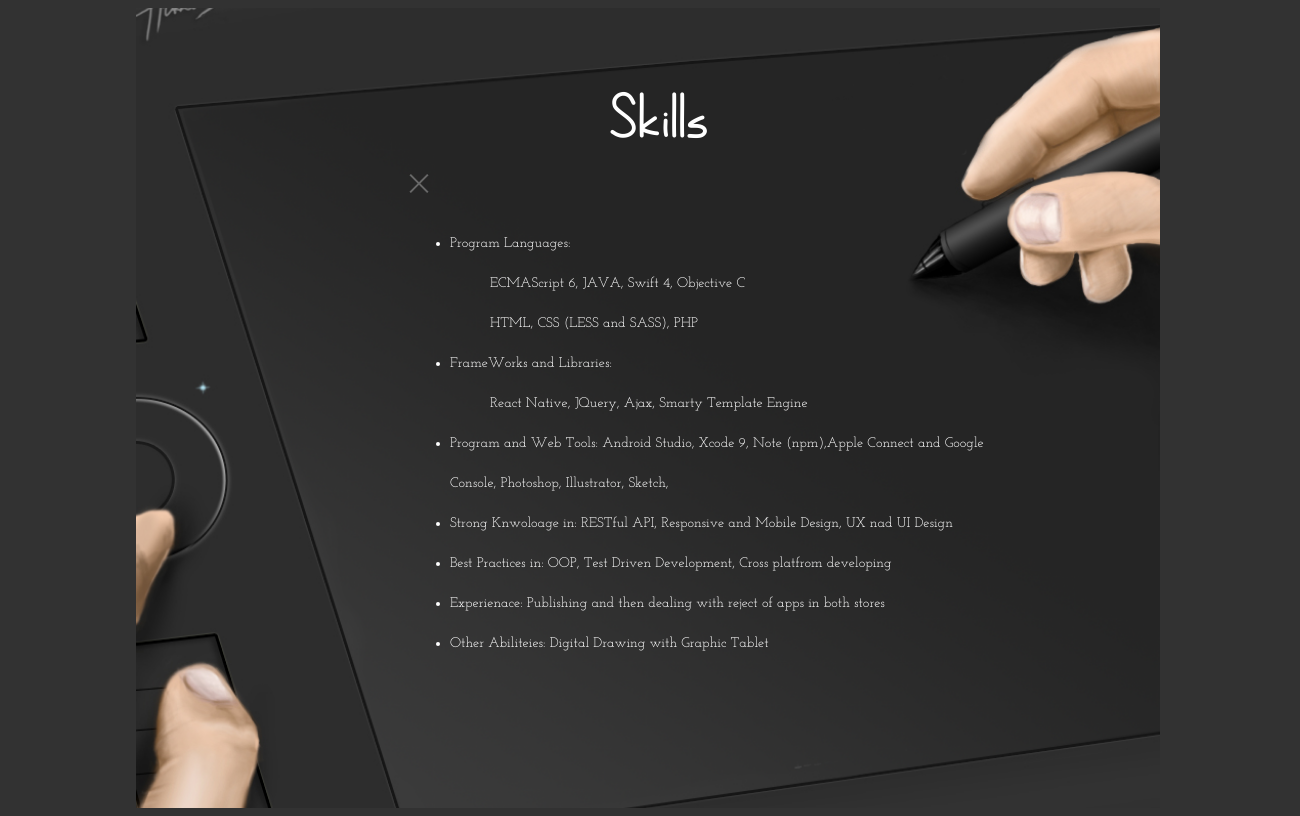
Repository: nikichanko/cv
Page: index.html
The author's editor kept a copy of each file at every save. The page is drawn from the files as they stood at one save, then again after the next save.
The browser window is 1280 px wide. The page is 1300 px wide, so the pictures cover 1300 px, including what lies to the right of the window. The pictures show the whole page.
After loading, the first visible `div.item` was clicked once.

Above is the page before, as saved 2018-08-08 23:22:54.

### index.html
<!DOCTYPE html>
<html>
  <head>
    <link rel="stylesheet" type="text/css" href="css/styles.css">
    <script src="https://ajax.googleapis.com/ajax/libs/jquery/3.3.1/jquery.min.js"></script>
    <title>Nikolay Nikolov - CV</title>
  </head>
  <body>
    <div class="wrapper">
      <div class="menu">
        <div class="item">
          Skills
        </div>
        <div class="content skills">
          <i class="close"></i>
          <ul>
            <li>Program Languages:</li>
            <ol>ECMAScript 6, JAVA, Swift 4, Objective C</ol>
            <ol>HTML, CSS (LESS and SASS), PHP</ol>

          <li>FrameWorks and Libraries:</li>
          <ol>React Native, JQuery, Ajax, Smarty Template Engine</ol>
          <li>Program and Web Tools: Android Studio, Xcode 9, Note (npm),Apple Connect and Google Console, Photoshop, Illustrator, Sketch,
          <li>Strong Knwoloage in: RESTful API, Responsive and Mobile Design, UX nad UI Design
          <li>Best Practices in: OOP, Test Driven Development, Cross platfrom developing
          <li>Experienace: Publishing and then dealing with reject of apps in both stores
          <li>Other Abiliteies: Digital Drawing with Graphic Tablet
          </ul>
        </div>
        <div class="item">
          Education
        </div>
        <div class="item">
          Empoyment
        </div>
        <div class="item">
          Goal Achieved
        </div>
        <div class="item">
          About me
        </div>
        <div class="item">
          Contact
        </div>
        <div class="content">
            <i class="close"></i>
            Fill free to leave me a message...
            <script type="text/javascript" src="https://form.jotformeu.com/jsform/82187298762370"></script>
        </div>
      </div>
    </div>
    <script src="js/common.js"></script>
  </body>
</html>

### css/styles.css
@font-face {
  font-family: 'Just Gotta Smile';
  src: url('./fonts/JustGottaSmile.woff2') format('woff2'),
      url('./fonts/JustGottaSmile.woff') format('woff'),
      url('./fonts/JustGottaSmile.ttf') format('truetype');
  font-weight: 500;
  font-style: normal;
}

@font-face {
  font-family: 'Josefin Slab';
  src: url('./fonts/JosefinSlab.woff2') format('woff2'),
      url('./fonts/JosefinSlab.woff') format('woff'),
      url('./fonts/JosefinSlab.ttf') format('truetype');
  font-weight: normal;
  font-style: normal;
}

body {
  background-color: #323232;
  width: 100%;
  font-family: 'Just Gotta Smile';
  color: #fff;
}

.menu {
  left: 20px;
  line-height: 70px;
  margin: 0 auto;
  position: absolute;
  text-align: center;
  width: 100%;
  height: 400px;
  font-size: 64px;
  top: 80px;
}

.item {
  cursor: pointer;
  position: relative;
  left: 50%;
  opacity: 1;
  transform: translateX(-50%) ;
  -ms-transform: translateX(-50%) ; /* IE 9 */
  -webkit-transform: translateX(-50%); /* Safari 3-8 */
  transition: opacity 0.5s ease-in-out;
}

.item.closed {
  opacity: 0;
  height: 0;
  visibility: hidden;
}

.content {
  font-family: 'Josefin Slab';
  padding-top: 10px;
  left: 50px;
  max-width: 600px;
  text-align: left;
  top: 50px;
  width: 60%;
  margin: 0 auto;
  line-height: 40px;
  height: 0;
  opacity: 0;
  font-size: 20px;
  transition: opacity 0.5s ease-in-out;
  position: relative;
  visibility: hidden;
}

.content.open {
  height: auto;
  opacity: 1;
  transition: opacity 0.5s ease-in-out;
  visibility: visible;
}

.content.skills {
  font-size: 14px;
}

.item:hover {
  color: #a4cbe6;
}

.wrapper {
  width: 80%;
  max-width: 1300px;
  height: 800px;
  margin: 0 auto;
  background-image: url(../img/cv_bg.png);
  background-repeat: no-repeat;
  background-position: right center;
  background-size: cover;
}

.close {
  position: absolute;
  top: -29px;
  left: -7px;
  width: 32px;
  height: 32px;
  opacity: 0.3;
}
.close:hover {
  opacity: 1;
}
.close:before, .close:after {
  position: absolute;
  left: 15px;
  content: ' ';
  height: 25px;
  width: 2px;
  background-color: #fff;
}
.close:before {
  transform: rotate(45deg);
}
.close:after {
  transform: rotate(-45deg);
}

### js/common.js
$(".item").on('click', function() {
  var _t = this;
  setTimeout(function(){
    $(_t).next('.content').addClass('open');
  },100);
  $('.item').each(function(i, v) {
    if (!$(_t).is(v)) {
      $(v).addClass('closed');
      $(v).next('.content').removeClass('open');
    }
    else {
      $(v).removeClass('closed');
    }
  });
});

$('.close').on('click', function(){
  $('.item').each(function(i, v) {
    setTimeout(function(){
      $(v).removeClass('closed');
    },100);
    $(v).next('.content').removeClass('open');
  });
})

After the next save:
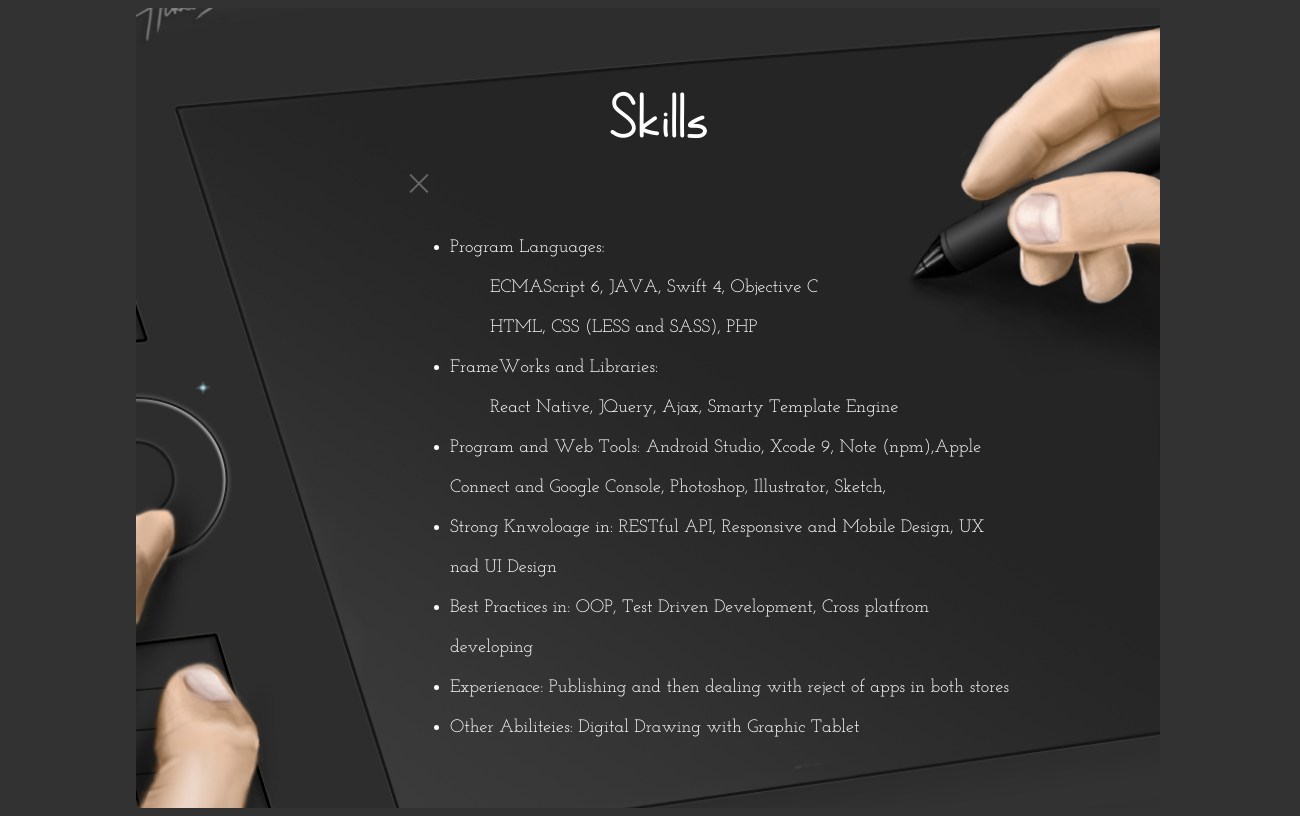
Saved 7 s later.
--- a/css/styles.css
+++ b/css/styles.css
@@ -78,7 +78,7 @@ body {
 }
 
 .content.skills {
-  font-size: 14px;
+  font-size: 18px;
 }
 
 .item:hover {
